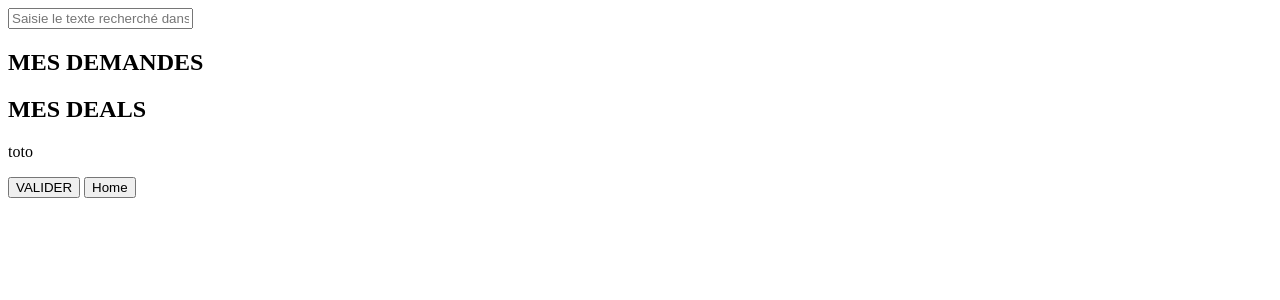
Repository: ProjetManiax/Projet-Maniax
Page: http://localhost/database/application/views/viewDeal.php
An editor plug-in stored every save of this project. The page is shown before and after the next save, followed by the edit.
The browser window is 1280 px wide. The pictures show the whole page.
The page is run by PHP 8.4 with error messages shown; the project is at /var/www/html/. application/core/MY_Config.php is not in the repository; a stand-in opens the database connection.

Above is the page before, as saved 2018-10-25 03:43:40.
Console error: SyntaxError: Unexpected token '<'

### application/views/viewDeal.php
<!DOCTYPE html>
<html lang="en">
<head>
<meta charset="utf-8" />
    <meta http-equiv="X-UA-Compatible" content="IE=edge">
    <title>Création d'un deal</title>
    <meta name="viewport" content="width=device-width, initial-scale=1">
    <script src='../jQuery/jquery-3.1.1.js'></script>
    <script src='../js/myFunctions.js'></script>
    <link rel="stylesheet" href="../css/bootstrap.min.css">
</head>
<body>
    <div>
        <input type="text" class="col-md-12 bg-light" placeholder="Saisie le texte recherché dans une offre">
    </div>
    <div class="row">
        <div class="col-md-6">
            <div>
                <h2>MES DEMANDES</h2>

            </div>
            <div>
                <h2 class="">MES DEALS</h2>
            </div>
        </div>
        <div class="col-md-6">
            <div>
            <p>toto</p>
            </div>
            <div>

            </div>
        </div>
    </div>
    <div class="container-fluid row align-items-center">
        <div class="row">
            <a href="home"><button class="btn btn-lg btn-primary btn-block col-md-12">VALIDER</button></a>
            <a href="valider"><button class="btn btn-lg btn-primary btn-block" href="home" value="Home" name="home" >Home</button></a>
        </div>
    </div>

</body>
</html>

### index.php
<?php
/**
 * CodeIgniter
 *
 * An open source application development framework for PHP
 *
 * This content is released under the MIT License (MIT)
 *
 * Copyright (c) 2014 - 2018, British Columbia Institute of Technology
 *
 * Permission is hereby granted, free of charge, to any person obtaining a copy
 * of this software and associated documentation files (the "Software"), to deal
 * in the Software without restriction, including without limitation the rights
 * to use, copy, modify, merge, publish, distribute, sublicense, and/or sell
 * copies of the Software, and to permit persons to whom the Software is
 * furnished to do so, subject to the following conditions:
 *
 * The above copyright notice and this permission notice shall be included in
 * all copies or substantial portions of the Software.
 *
 * THE SOFTWARE IS PROVIDED "AS IS", WITHOUT WARRANTY OF ANY KIND, EXPRESS OR
 * IMPLIED, INCLUDING BUT NOT LIMITED TO THE WARRANTIES OF MERCHANTABILITY,
 * FITNESS FOR A PARTICULAR PURPOSE AND NONINFRINGEMENT. IN NO EVENT SHALL THE
 * AUTHORS OR COPYRIGHT HOLDERS BE LIABLE FOR ANY CLAIM, DAMAGES OR OTHER
 * LIABILITY, WHETHER IN AN ACTION OF CONTRACT, TORT OR OTHERWISE, ARISING FROM,
 * OUT OF OR IN CONNECTION WITH THE SOFTWARE OR THE USE OR OTHER DEALINGS IN
 * THE SOFTWARE.
 *
 * @package	CodeIgniter
 * @author	EllisLab Dev Team
 * @copyright	Copyright (c) 2008 - 2014, EllisLab, Inc. (https://ellislab.com/)
 * @copyright	Copyright (c) 2014 - 2018, British Columbia Institute of Technology (http://bcit.ca/)
 * @license	http://opensource.org/licenses/MIT	MIT License
 * @link	https://codeigniter.com
 * @since	Version 1.0.0
 * @filesource
 */

/*
 *---------------------------------------------------------------
 * APPLICATION ENVIRONMENT
 *---------------------------------------------------------------
 *
 * You can load different configurations depending on your
 * current environment. Setting the environment also influences
 * things like logging and error reporting.
 *
 * This can be set to anything, but default usage is:
 *
 *     development
 *     testing
 *     production
 *
 * NOTE: If you change these, also change the error_reporting() code below
 */
	define('ENVIRONMENT', isset($_SERVER['CI_ENV']) ? $_SERVER['CI_ENV'] : 'development');

/*
 *---------------------------------------------------------------
 * ERROR REPORTING
 *---------------------------------------------------------------
 *
 * Different environments will require different levels of error reporting.
 * By default development will show errors but testing and live will hide them.
 */
switch (ENVIRONMENT)
{
	case 'development':
		error_reporting(-1);
		ini_set('display_errors', 1);
	break;

	case 'testing':
	case 'production':
		ini_set('display_errors', 0);
		if (version_compare(PHP_VERSION, '5.3', '>='))
		{
			error_reporting(E_ALL & ~E_NOTICE & ~E_DEPRECATED & ~E_STRICT & ~E_USER_NOTICE & ~E_USER_DEPRECATED);
		}
		else
		{
			error_reporting(E_ALL & ~E_NOTICE & ~E_STRICT & ~E_USER_NOTICE);
		}
	break;

	default:
		header('HTTP/1.1 503 Service Unavailable.', TRUE, 503);
		echo 'The application environment is not set correctly.';
		exit(1); // EXIT_ERROR
}

/*
 *---------------------------------------------------------------
 * SYSTEM DIRECTORY NAME
 *---------------------------------------------------------------
 *
 * This variable must contain the name of your "system" directory.
 * Set the path if it is not in the same directory as this file.
 */
	$system_path = 'system';

/*
 *---------------------------------------------------------------
 * APPLICATION DIRECTORY NAME
 *---------------------------------------------------------------
 *
 * If you want this front controller to use a different "application"
 * directory than the default one you can set its name here. The directory
 * can also be renamed or relocated anywhere on your server. If you do,
 * use an absolute (full) server path.
 * For more info please see the user guide:
 *
 * https://codeigniter.com/user_guide/general/managing_apps.html
 *
 * NO TRAILING SLASH!
 */
	$application_folder = 'application';

/*
 *---------------------------------------------------------------
 * VIEW DIRECTORY NAME
 *---------------------------------------------------------------
 *
 * If you want to move the view directory out of the application
 * directory, set the path to it here. The directory can be renamed
 * and relocated anywhere on your server. If blank, it will default
 * to the standard location inside your application directory.
 * If you do move this, use an absolute (full) server path.
 *
 * NO TRAILING SLASH!
 */
	$view_folder = '';


/*
 * --------------------------------------------------------------------
 * DEFAULT CONTROLLER
 * --------------------------------------------------------------------
 *
 * Normally you will set your default controller in the routes.php file.
 * You can, however, force a custom routing by hard-coding a
 * specific controller class/function here. For most applications, you
 * WILL NOT set your routing here, but it's an option for those
 * special instances where you might want to override the standard
 * routing in a specific front controller that shares a common CI installation.
 *
 * IMPORTANT: If you set the routing here, NO OTHER controller will be
 * callable. In essence, this preference limits your application to ONE
 * specific controller. Leave the function name blank if you need
 * to call functions dynamically via the URI.
 *
 * Un-comment the $routing array below to use this feature
 */
	// The directory name, relative to the "controllers" directory.  Leave blank
	// if your controller is not in a sub-directory within the "controllers" one
	// $routing['directory'] = '';

	// The controller class file name.  Example:  mycontroller
	// $routing['controller'] = '';

	// The controller function you wish to be called.
	// $routing['function']	= '';


/*
 * -------------------------------------------------------------------
 *  CUSTOM CONFIG VALUES
 * -------------------------------------------------------------------
 *
 * The $assign_to_config array below will be passed dynamically to the
 * config class when initialized. This allows you to set custom config
 * items or override any default config values found in the config.php file.
 * This can be handy as it permits you to share one application between
 * multiple front controller files, with each file containing different
 * config values.
 *
 * Un-comment the $assign_to_config array below to use this feature
 */
	// $assign_to_config['name_of_config_item'] = 'value of config item';



// --------------------------------------------------------------------
// END OF USER CONFIGURABLE SETTINGS.  DO NOT EDIT BELOW THIS LINE
// --------------------------------------------------------------------

/*
 * ---------------------------------------------------------------
 *  Resolve the system path for increased reliability
 * ---------------------------------------------------------------
 */

	// Set the current directory correctly for CLI requests
	if (defined('STDIN'))
	{
		chdir(dirname(__FILE__));
	}

	if (($_temp = realpath($system_path)) !== FALSE)
	{
		$system_path = $_temp.DIRECTORY_SEPARATOR;
	}
	else
	{
		// Ensure there's a trailing slash
		$system_path = strtr(
			rtrim($system_path, '/\\'),
			'/\\',
			DIRECTORY_SEPARATOR.DIRECTORY_SEPARATOR
		).DIRECTORY_SEPARATOR;
	}

	// Is the system path correct?
	if ( ! is_dir($system_path))
	{
		header('HTTP/1.1 503 Service Unavailable.', TRUE, 503);
		echo 'Your system folder path does not appear to be set correctly. Please open the following file and correct this: '.pathinfo(__FILE__, PATHINFO_BASENAME);
		exit(3); // EXIT_CONFIG
	}

/*
 * -------------------------------------------------------------------
 *  Now that we know the path, set the main path constants
 * -------------------------------------------------------------------
 */
	// The name of THIS file
	define('SELF', pathinfo(__FILE__, PATHINFO_BASENAME));

	// Path to the system directory
	define('BASEPATH', $system_path);

	// Path to the front controller (this file) directory
	define('FCPATH', dirname(__FILE__).DIRECTORY_SEPARATOR);

	// Name of the "system" directory
	define('SYSDIR', basename(BASEPATH));

	// The path to the "application" directory
	if (is_dir($application_folder))
	{
		if (($_temp = realpath($application_folder)) !== FALSE)
		{
			$application_folder = $_temp;
		}
		else
		{
			$application_folder = strtr(
				rtrim($application_folder, '/\\'),
				'/\\',
				DIRECTORY_SEPARATOR.DIRECTORY_SEPARATOR
			);
		}
	}
	elseif (is_dir(BASEPATH.$application_folder.DIRECTORY_SEPARATOR))
	{
		$application_folder = BASEPATH.strtr(
			trim($application_folder, '/\\'),
			'/\\',
			DIRECTORY_SEPARATOR.DIRECTORY_SEPARATOR
		);
	}
	else
	{
		header('HTTP/1.1 503 Service Unavailable.', TRUE, 503);
		echo 'Your application folder path does not appear to be set correctly. Please open the following file and correct this: '.SELF;
		exit(3); // EXIT_CONFIG
	}

	define('APPPATH', $application_folder.DIRECTORY_SEPARATOR);

	// The path to the "views" directory
	if ( ! isset($view_folder[0]) && is_dir(APPPATH.'views'.DIRECTORY_SEPARATOR))
	{
		$view_folder = APPPATH.'views';
	}
	elseif (is_dir($view_folder))
	{
		if (($_temp = realpath($view_folder)) !== FALSE)
		{
			$view_folder = $_temp;
		}
		else
		{
			$view_folder = strtr(
				rtrim($view_folder, '/\\'),
				'/\\',
				DIRECTORY_SEPARATOR.DIRECTORY_SEPARATOR
			);
		}
	}
	elseif (is_dir(APPPATH.$view_folder.DIRECTORY_SEPARATOR))
	{
		$view_folder = APPPATH.strtr(
			trim($view_folder, '/\\'),
			'/\\',
			DIRECTORY_SEPARATOR.DIRECTORY_SEPARATOR
		);
	}
	else
	{
		header('HTTP/1.1 503 Service Unavailable.', TRUE, 503);
		echo 'Your view folder path does not appear to be set correctly. Please open the following file and correct this: '.SELF;
		exit(3); // EXIT_CONFIG
	}

	define('VIEWPATH', $view_folder.DIRECTORY_SEPARATOR);

/*
 * --------------------------------------------------------------------
 * LOAD THE BOOTSTRAP FILE
 * --------------------------------------------------------------------
 *
 * And away we go...
 */
require_once BASEPATH.'core/CodeIgniter.php';

### application/views/errors/html/error_php.php
<?php
defined('BASEPATH') OR exit('No direct script access allowed');
?>

<div style="border:1px solid #990000;padding-left:20px;margin:0 0 10px 0;">

<h4>A PHP Error was encountered</h4>

<p>Severity: <?php echo $severity; ?></p>
<p>Message:  <?php echo $message; ?></p>
<p>Filename: <?php echo $filepath; ?></p>
<p>Line Number: <?php echo $line; ?></p>

<?php if (defined('SHOW_DEBUG_BACKTRACE') && SHOW_DEBUG_BACKTRACE === TRUE): ?>

	<p>Backtrace:</p>
	<?php foreach (debug_backtrace() as $error): ?>

		<?php if (isset($error['file']) && strpos($error['file'], realpath(BASEPATH)) !== 0): ?>

			<p style="margin-left:10px">
			File: <?php echo $error['file'] ?><br />
			Line: <?php echo $error['line'] ?><br />
			Function: <?php echo $error['function'] ?>
			</p>

		<?php endif ?>

	<?php endforeach ?>

<?php endif ?>

</div>

### application/views/errors/html/error_exception.php
<?php
defined('BASEPATH') OR exit('No direct script access allowed');
?>

<div style="border:1px solid #990000;padding-left:20px;margin:0 0 10px 0;">

<h4>An uncaught Exception was encountered</h4>

<p>Type: <?php echo get_class($exception); ?></p>
<p>Message: <?php echo $message; ?></p>
<p>Filename: <?php echo $exception->getFile(); ?></p>
<p>Line Number: <?php echo $exception->getLine(); ?></p>

<?php if (defined('SHOW_DEBUG_BACKTRACE') && SHOW_DEBUG_BACKTRACE === TRUE): ?>

	<p>Backtrace:</p>
	<?php foreach ($exception->getTrace() as $error): ?>

		<?php if (isset($error['file']) && strpos($error['file'], realpath(BASEPATH)) !== 0): ?>

			<p style="margin-left:10px">
			File: <?php echo $error['file']; ?><br />
			Line: <?php echo $error['line']; ?><br />
			Function: <?php echo $error['function']; ?>
			</p>
		<?php endif ?>

	<?php endforeach ?>

<?php endif ?>

</div>

Loaded but not shown: system/core/CodeIgniter.php (common file); application/config/constants.php (common file); system/core/Common.php (common file); system/core/Benchmark.php (common file); system/core/Hooks.php (common file); system/core/Config.php (common file); system/core/Exceptions.php (common file); system/core/Log.php (common file); application/config/config.php (523 lines, source omitted)

After the next save:
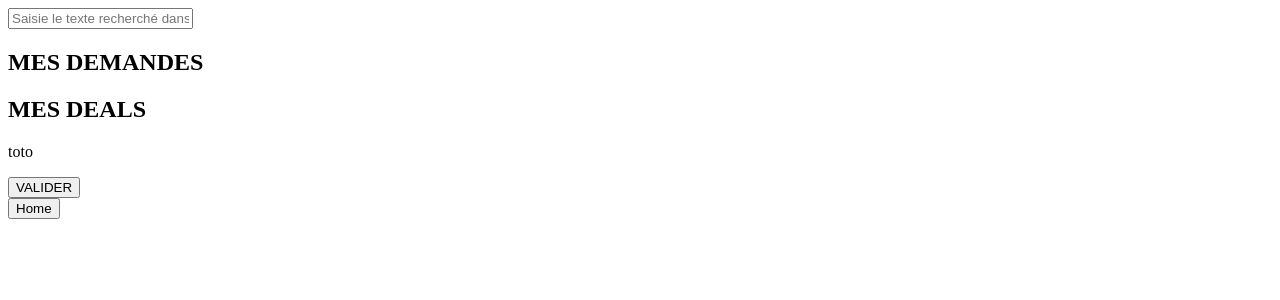
Saved 10 s later.
--- a/application/views/viewDeal.php
+++ b/application/views/viewDeal.php
@@ -34,7 +34,7 @@
     </div>
     <div class="container-fluid row align-items-center">
         <div class="row">
-            <a href="home"><button class="btn btn-lg btn-primary btn-block col-md-12">VALIDER</button></a>
+            <a href="home"><button class="btn btn-lg btn-primary btn-block col-md-12">VALIDER</button></a><br>
             <a href="valider"><button class="btn btn-lg btn-primary btn-block" href="home" value="Home" name="home" >Home</button></a>
         </div>
     </div>
